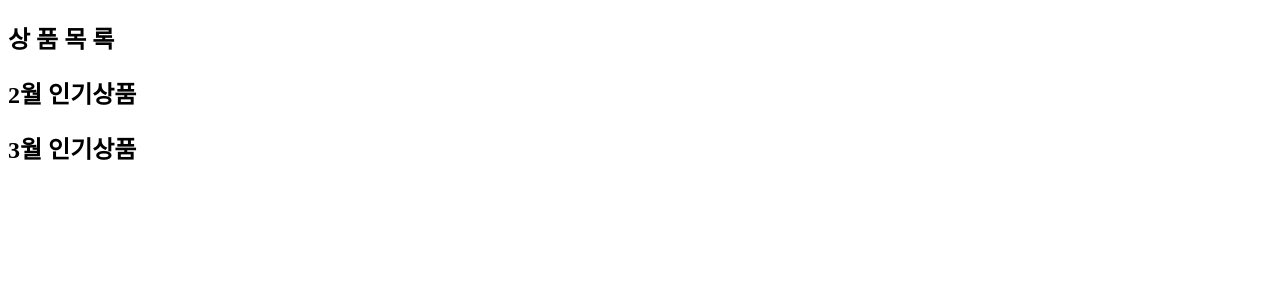
Repository: odasd/jsp
Page: http://localhost/semi/record/record3.jsp
The author's editor kept a copy of each file at every save. The page is drawn from the files as they stood at one save, then again after the next save.
The browser window is 1280 px wide. The pictures show the whole page.
Some web libraries are served in a nearby version. The page is served by Tomcat 9. Other server files are loaded and not shown. Queries for data that is not in the repository find no rows.

Above is the page before, as saved 2020-06-17 09:05:01.

### semi/WebContent/record/record3.jsp
<%@ page language="java" contentType="text/html; charset=UTF-8"  pageEncoding="UTF-8"%>


<!DOCTYPE html>
<html>
<head>
	<meta charset="UTF-8">
	<title>히히호호</title>
	<script src="http://code.jquery.com/jquery-3.1.1.min.js"></script>
	<script src="https://cdnjs.cloudflare.com/ajax/libs/handlebars.js/3.0.1/handlebars.js"></script>
	<style>
	#tbl1, #tbl2, #tbl3 {width:1000px;}
	.image{width:200px; float:left;}
	</style>
</head>
<body>
   <div id="divPage">
      <div id="divMenu"></div>
      <div id="divHeader">
         <h2>상 품 목 록</h2>
      </div>
      <div id="haha">

       <div id="tbl1"><h2>1월 인기상품</h2></div>
         <script id="temp1" type="text/x-handlebars-template">
         {{#each array}}
					<div class="image"><img src="{{printImage image}}"><br>
					{{product_name}}<br>{{sold_quantity}}</div>
			{{/each}}
      </script>
       <h2>2월 인기상품</h2>
      <div id="tbl2" ></div>
         <script id="temp2" type="text/x-handlebars-template">
         {{#each array}}

					<div class="image"><img src="{{printImage image}}"><br>
					{{product_name}}<br>{{sold_quantity}}</div>

           {{/each}}
      </script>

      <h2>3월 인기상품</h2>
      <div id="tbl3" ></div>
         <script id="temp3" type="text/x-handlebars-template">
         {{#each array}}

					<div class="image"><img src="{{printImage image}}"><br>
					{{product_name}}<br>{{sold_quantity}}</div>

           {{/each}}
      </script>
      </div>
   </div>
</body>
<script>
	var selMonth;

	getList(1);
	getList(2);
	getList(3);


	function getList(selMonth){

    $.ajax({
       type:"get",
       url:"/semi/record/topTen",
       data:{"selMonth":selMonth},
       dataType:"json",
       success:function(data){

          var template = Handlebars.compile($("#temp"+selMonth).html());
          $("#tbl"+selMonth).html(template(data));
       }
       });
    }

	 Handlebars.registerHelper("printImage", function(image){
		 var src;
		 if(!image) src="http://placehold.it/200x300"; else src="/img/product/" + image; return src;
		 });
</script>
</html>

### semi/src/record/RecordServlet.java
package record;

import java.io.IOException;
import java.io.PrintWriter;

import javax.servlet.ServletException;
import javax.servlet.annotation.WebServlet;
import javax.servlet.http.HttpServlet;
import javax.servlet.http.HttpServletRequest;
import javax.servlet.http.HttpServletResponse;

import org.json.simple.JSONObject;

/**
 * Servlet implementation class RecordServlet
 */
@WebServlet(value={"/record/topTen"})
public class RecordServlet extends HttpServlet {
	private static final long serialVersionUID = 1L;


	protected void doGet(HttpServletRequest request, HttpServletResponse response) throws ServletException, IOException {
		response.setContentType("text/html;charset=UTF-8"); //한글깨짐 방지
		PrintWriter out=response.getWriter(); //브라우저에 출력하기 위한 객체
		RecordDAO rdao=new RecordDAO();

		switch(request.getServletPath()) {

		case "/record/topTen" :

			String strMonth=request.getParameter("selMonth");
			int month=Integer.parseInt(strMonth);
			out.println(rdao.list(month));
			break;

		}


	}


	protected void doPost(HttpServletRequest request, HttpServletResponse response) throws ServletException, IOException {

	}

}

### semi/src/record/RecordDAO.java
package record;

import java.sql.PreparedStatement;
import java.sql.ResultSet;

import org.json.simple.JSONArray;
import org.json.simple.JSONObject;

import database.Database;

public class RecordDAO {


	//월별 탑10 상품 출력

	public JSONObject list(int month) {
		JSONObject jObject=new JSONObject();
		try {
			String sql="select img, product_name, sold_quantity\r\n" +
					"from product p, sell_record s\r\n" +
					"where p.product_code=s.product_code and p.category_code=s.category_code and month=?\r\n" +
					"order by sold_quantity desc limit 0, 5";
			PreparedStatement ps=Database.CON.prepareStatement(sql);
			ps.setInt(1, month);
			ResultSet rs=ps.executeQuery();
			JSONArray jArray=new JSONArray();
			while(rs.next()) {
				JSONObject obj=new JSONObject();
				obj.put("img", rs.getString("img"));
				obj.put("product_name", rs.getString("product_name"));
				obj.put("sold_quantity", rs.getInt("sold_quantity"));
				jArray.add(obj);
			}
			jObject.put("array", jArray);
		} catch(Exception e) {
			System.out.println("top10상품목록 : "+e.toString());
		}

		return jObject;
	}

}

### semi/src/database/Database.java
package database;

import java.sql.*;

public class Database {
	public static Connection CON;
	static {
		try {
			Class.forName("com.mysql.jdbc.Driver");
			CON = DriverManager.getConnection("jdbc:mysql://localhost:3306/mydb", "semi", "pass");
			System.out.println("connected");
		} catch (Exception e) {
			System.out.println("connection error: " + e.toString());
		}
	}
}

After the next save:
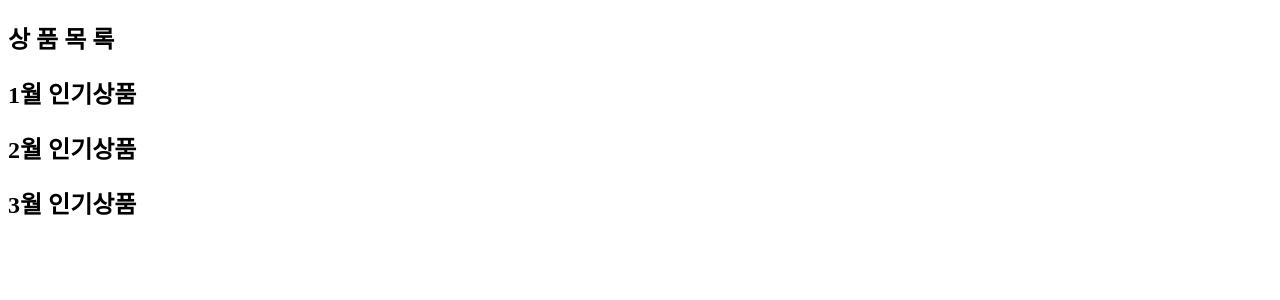
Saved 4 s later.
--- a/semi/WebContent/record/record3.jsp
+++ b/semi/WebContent/record/record3.jsp
@@ -20,8 +20,8 @@
          <h2>상 품 목 록</h2>
       </div>
       <div id="haha">
-
-       <div id="tbl1"><h2>1월 인기상품</h2></div>
+       <h2>1월 인기상품</h2>
+       <div id="tbl1"></div>
          <script id="temp1" type="text/x-handlebars-template">
          {{#each array}}
 					<div class="image"><img src="{{printImage image}}"><br>
